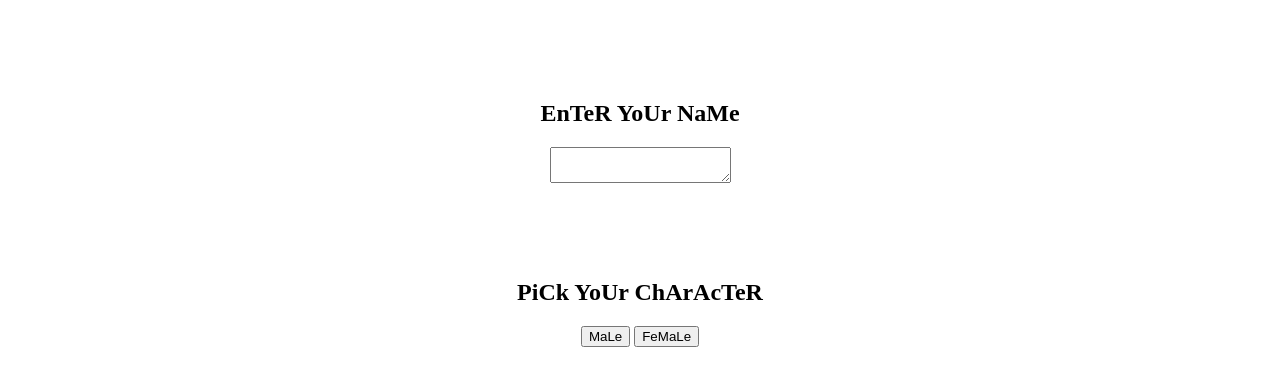
Repository: mutuz786/GameProject
Page: gameproject-app/WebContent/index.html
The author's editor kept a copy of each file at every save. The page is drawn from the files as they stood at one save, then again after the next save.
The browser window is 1280 px wide. The pictures show the whole page.

Above is the page before, as saved 2020-06-09 13:38:16.

After the next save:
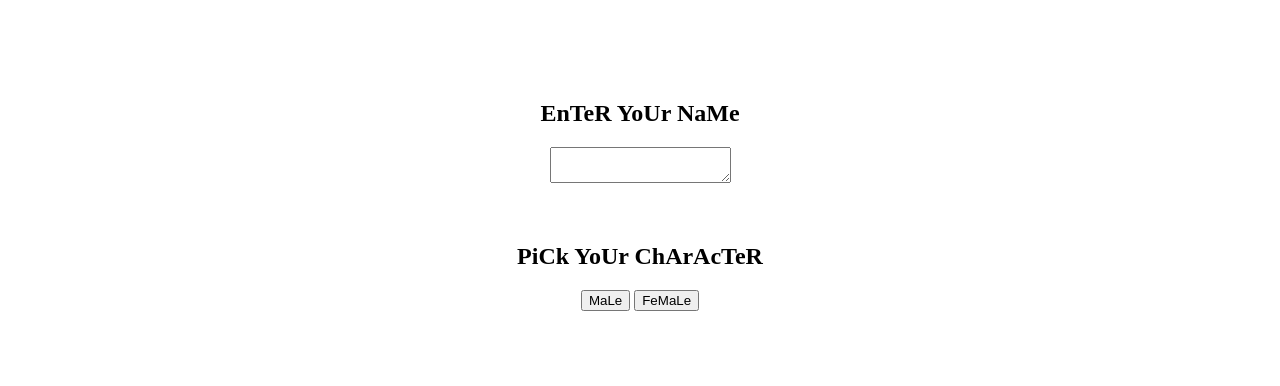
Saved 15 s later.
--- a/gameproject-app/WebContent/index.html
+++ b/gameproject-app/WebContent/index.html
@@ -8,7 +8,7 @@
 	<br><br><br><br>
 	<div align="center" >
 		<h2>EnTeR YoUr NaMe</h2>
-		<textarea id="name" inputmode="text" ></textarea><br><br><br><br><br>
+		<textarea id="name" inputmode="text" ></textarea><br><br><br>
 		<h2>PiCk YoUr ChArAcTeR</h2>
 		<button >MaLe</button>
 		<button>FeMaLe</button>
